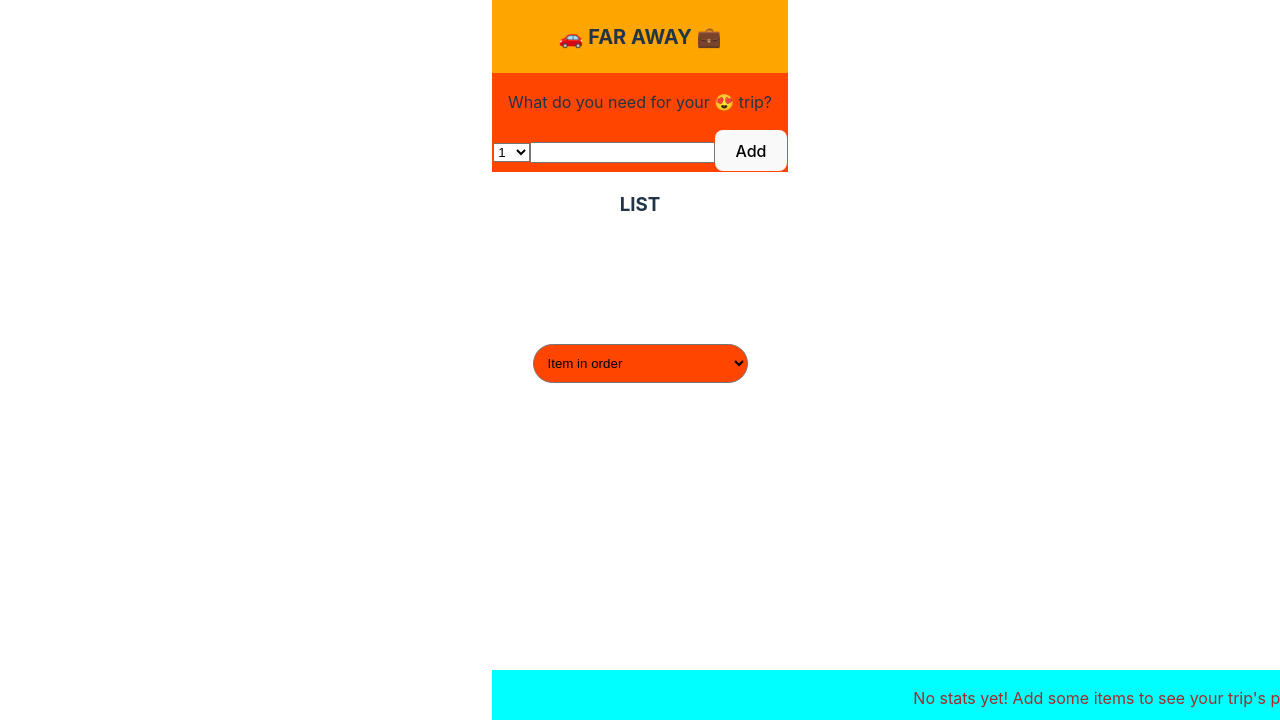
Repository: Celebration-cloud/Trip-Add-To-List
Page: /
These files come from the project's save history. The page is drawn as it stood at one moment and after the next save; the edit follows.
The browser window is 1280 px wide. The pictures show the whole page.
The project was rebuilt for these pictures with package versions that can differ from the ones it lists, and the page was loaded fresh each time. Also part of the build but not shown: vite.config.js.

Above is the page before, as saved 2023-10-29 17:28:04.

After the next save:
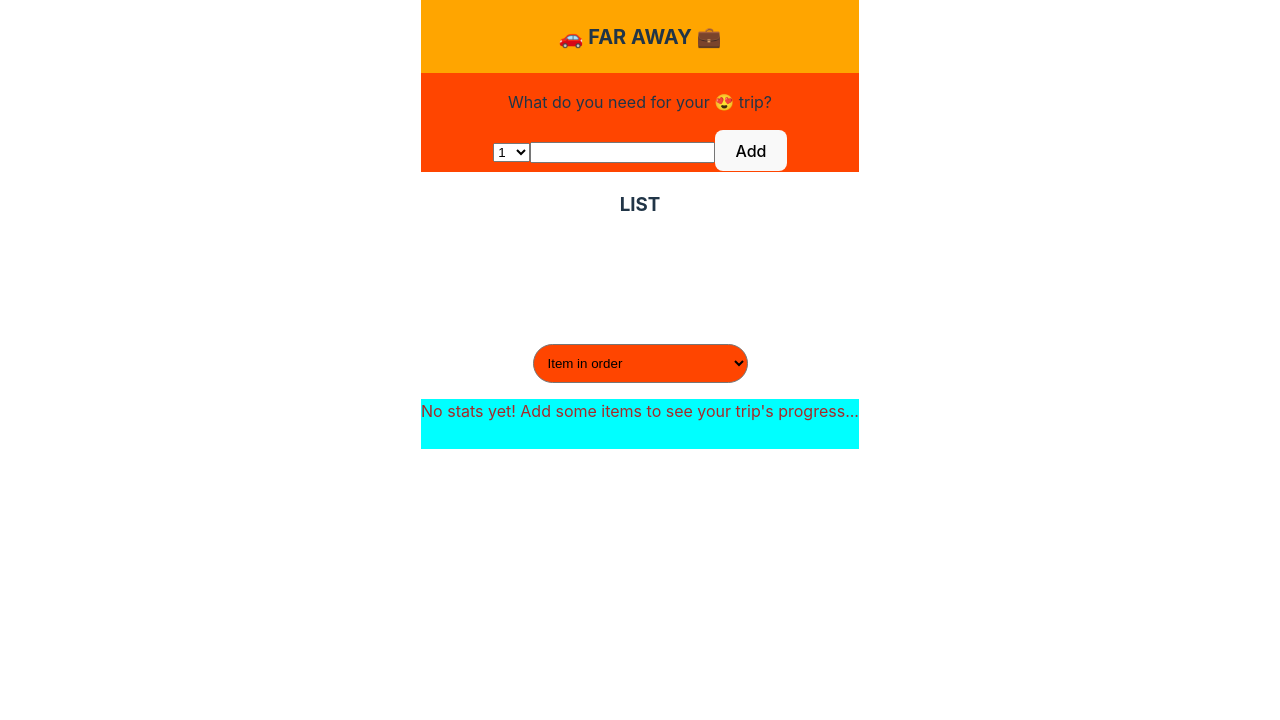
Saved 12 s later.
--- a/src/Trip-List/TripList.css
+++ b/src/Trip-List/TripList.css
@@ -4,7 +4,6 @@
             height: "30px",
             width: "100%", */
 .static{
-    position: fixed;
     place-self: end;
     background-color: aqua;
     color: brown;
